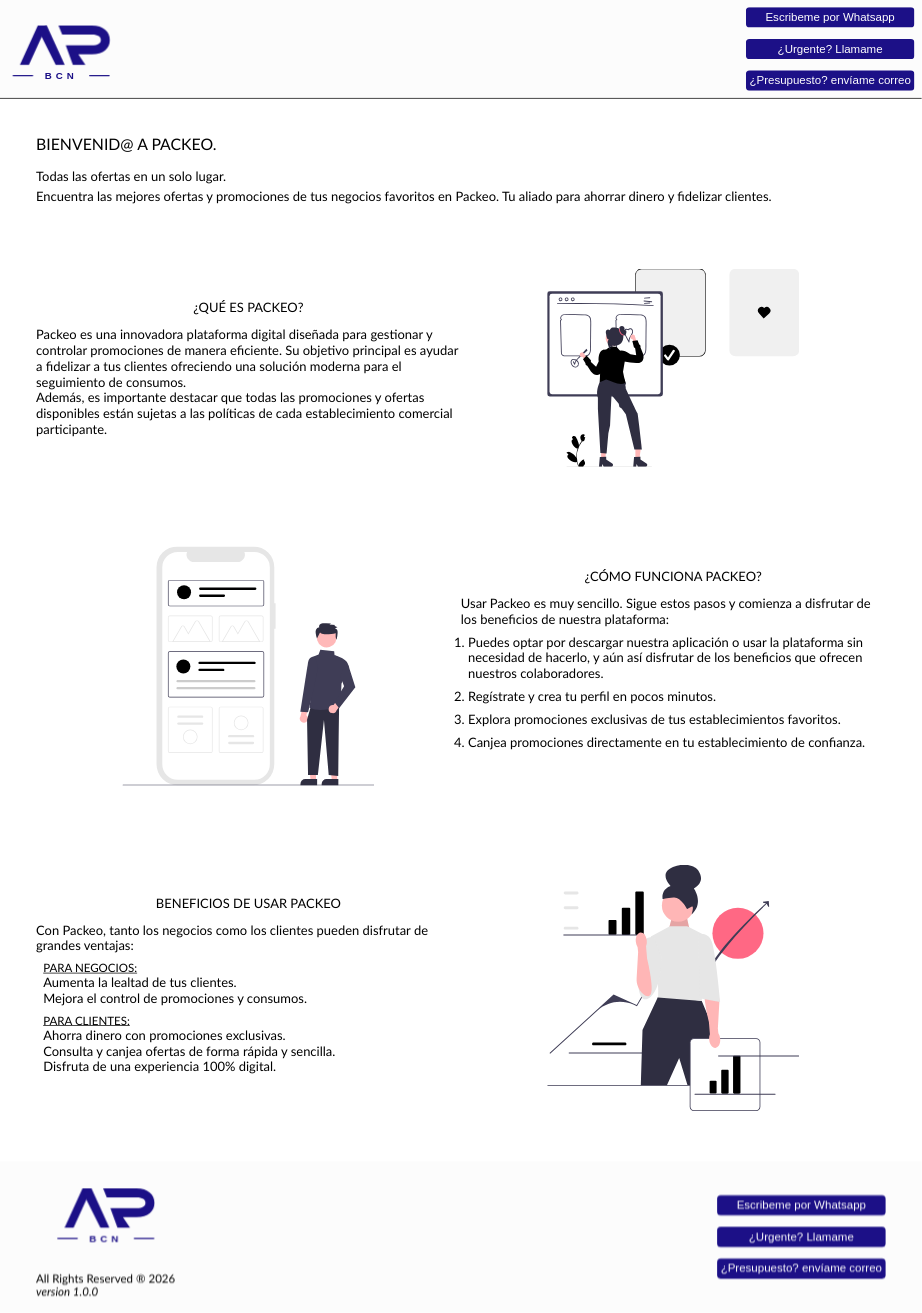
Repository: alupvcbarcelona/alupvcbarcelona-front
Page: /
The author's editor kept a copy of each file at every save. The page is drawn from the files as they stood at one save, then again after the next save.
The browser window is 1280 px wide. The pictures show the whole page, at 72% of full size.
The page's requests for data from a server got no answer. The project was rebuilt for these pictures with package versions that can differ from the ones it lists, and the page was loaded fresh each time. No one was signed in, and anything a server would have sent is missing. Also part of the build but not shown: vite.config.js, src/reducers/partner.reducer/partner.action.js, src/views/Pack/utils/content.js, src/views/Pack/Pack.css, src/views/Pack/Pack.jsx, src/views/404/utils.js, src/views/404/NotFound.css, src/views/404/NotFound.jsx and 6 more.

Above is the page before, as saved 2026-07-24 10:11:41.

### index.html
<!doctype html>
<html lang="en">

<head>
  <meta charset="UTF-8" />
  <link rel="icon" type="image/svg+xml" href="/logo.png" />
  <meta name="viewport" content="width=device-width, initial-scale=1.0 user-scalable=no" />
  <meta name="author" content="AluPVC Barcelona" />
  <title>ALUPVC BCN</title>
</head>

<body>
  <div id="root"></div>
  <script type="module" src="/src/main.jsx"></script>
</body>

</html>

### src/main.jsx
import { StrictMode } from 'react'
import { createRoot } from 'react-dom/client'
import { BrowserRouter } from 'react-router-dom'
import { ReducerProvider } from './context/reducer.context/ReducerContext.jsx'
import { StateProvider } from './context/state.context/StateContext.jsx'
import App from './App.jsx'
import './assets/global/GlobalStyle.css'
import { ScrollProvider } from './context/scroll.context/Scroll.jsx'

createRoot(document.getElementById('root')).render(
  <StrictMode>
    <BrowserRouter>
      <ReducerProvider>
        <StateProvider>
          <ScrollProvider>
            <App />
          </ScrollProvider>
        </StateProvider>
      </ReducerProvider>
    </BrowserRouter>
  </StrictMode>
)

### src/context/reducer.context/ReducerContext.jsx
import { useReducer } from 'react'
import { ReducerContext } from '../createContext'
import {
  stateLoad,
  initStateLoad
} from '../../reducers/loader.reducer/loader.reducer'
import {
  statePartner,
  initStatePartner
} from '../../reducers/partner.reducer/partner.reducer'
import { initStateAuth, stateAuth } from '../../reducers/auth.reducer/auth.reducer'
import { initStatePack, statePacks } from '../../reducers/packs.reducer/pack.reducer'

export const ReducerProvider = ({ children }) => {
  const [load, dispatchLoad] = useReducer(stateLoad, initStateLoad)
  const [partner, dispatchPartner] = useReducer(statePartner, initStatePartner)
  const [auth, dispatchAuth] = useReducer(stateAuth, initStateAuth)
  const [packs, dispatchPack] = useReducer(statePacks, initStatePack)

  return (
    <ReducerContext.Provider value={{ load, dispatchLoad, partner, dispatchPartner, auth, dispatchAuth, packs, dispatchPack }}>
      {children}
    </ReducerContext.Provider>
  )
}

### src/context/scroll.context/Scroll.jsx
import { createContext, useRef } from 'react'
import { ScrollContext } from '../createContext'
import useScrollToRef from '../../hooks/useScrollToRef'

export const ScrollProvider = ({ children }) => {
  const useScroll = useScrollToRef()

  const refTop = useRef(null)
  const refForm = useRef(null)
  const refPack = useRef(null)
  const refPacks = useRef(null)

  return (
    <ScrollContext.Provider
      value={{ useScroll, refTop, refForm, refPack, refPacks }}
    >
      {children}
    </ScrollContext.Provider>
  )
}

### src/context/createContext.jsx
import { createContext } from "react";

export const ReducerContext = createContext()
export const StateContext = createContext()
export const ScrollContext = createContext()

### src/components/ProtectedRoute/ProtectedRoute.jsx
import React, { useContext, useEffect, useState } from 'react'
import { StateContext } from '../../context/createContext'
import { useNavigate } from 'react-router-dom'

const protectedRoute = ({ children, requiresAuth }) => {
  const {
    isAuth: { auth }
  } = useContext(StateContext)

  const navigate = useNavigate()

  useEffect(() => {
    if (requiresAuth && !auth) {
      navigate('/')
    } else if (!requiresAuth && auth) {
      navigate('/perfil')
    }
  }, [auth, navigate, requiresAuth])

  if ((requiresAuth && !auth) || (!requiresAuth && auth)) {
    return null
  }

  return children
}

export default protectedRoute

### src/views/Home/Home.jsx
import React from 'react'
import { home_content, home_description } from './utils/content'
import './Home.css'

const Img = React.lazy(() => import('../../components/Img/Img'))
const Content = React.lazy(() => import('../../components/Content/Content'))

const Home = () => {
  const content = home_content
  const description = home_description

  return (
    <section className='home__content fadeIn'>
      <div>
        <Content element={content} />
      </div>
      <div className='home__section'>
        {description?.body.map((item, index) => (
          <div key={`section-${index}`} className='home__use'>
            <div>
              <h2>{item?.title}</h2>
              {item.article.map((article, articleIndex) => (
                <article key={`article-${articleIndex}`}>
                  <p>{article.paragraph}</p>
                  {article.description_ && (
                    <div className='home__bussiness-type'>
                      {article.description_.map((desc, descIndex) => (
                        <div key={`desc-${descIndex}`}>
                          <h3>{desc.title}</h3>
                          {desc.ul && (
                            <ul>
                              {desc.ul.map((li, liIndex) => (
                                <li key={`desc-li-${liIndex}`}>{li.li}</li>
                              ))}
                            </ul>
                          )}
                        </div>
                      ))}
                    </div>
                  )}
                  {article.ol && (
                    <ol>
                      {article.ol.map((li, olIndex) => (
                        <li key={`ol-li-${olIndex}`}>{li.li}</li>
                      ))}
                    </ol>
                  )}
                </article>
              ))}
            </div>
            <div>
              <Img icon={item.img.img} alt={item.img.alt} w={item.img.width} />
            </div>
          </div>
        ))}
      </div>
    </section>
  )
}

export default Home

### src/layout/Layout.jsx
import React, { useContext, useEffect, useState } from "react";
import { Outlet, useLocation } from "react-router-dom";
import { Helmet, HelmetProvider } from "react-helmet-async";
import { ToastContainer } from "react-toastify";
import useWidth from "../hooks/useWidth";
import "./Layout.css";
import { ScrollContext } from "../context/createContext";

const AluPVCLogo = React.lazy(() => import("../components/Logo/AluPVCLogo"));
const Header = React.lazy(() => import("../components/Header/Header"));
const Footer = React.lazy(() => import("../components/Footer/Footer"));

const Layout = () => {
  const [google, setGoogle] = useState(import.meta.env.VITE_GOOGLE_ADSENSE);
  const { useScroll, refTop } = useContext(ScrollContext);
  const location = useLocation();
  const width = useWidth();
  useEffect(() => {
    useScroll(refTop);
  }, [location]);

  return (
    <>
      <Header />
      <div className="layout__toast">
        <ToastContainer position="bottom-center" hideProgressBar />
      </div>
      <section
        ref={refTop}
        className={`outlet__container ${
          width >= 510 ? "outlet__children" : "outlet__children-mobile"
        }`}
      >
        <Outlet />
      </section>
      <Footer />
    </>
  );
};

export default Layout;

### src/hooks/useScrollToRef.jsx
import { useCallback } from 'react'

const useScrollToRef = () => {
  const scrollToRef = useCallback((ref, h=0) => {
    if (ref.current) {
      ref.current.scrollIntoView({ behavior: 'smooth', block: 'start' })
      setTimeout(() => {
        const scrollY = window.scrollY || document.documentElement.scrollTop
        window.scrollTo({
          top: h,
          behavior: 'smooth',
        })
      }, 0)

    }
  }, [])

  return scrollToRef
}

export default useScrollToRef

### src/views/Home/Home.css
.home__content {
  padding: 50px;
}

.home__content-title {
  margin: 40px 0;
  text-align: center;
}

.home__container-card {
  display: flex;
  gap: 20px;
  flex-wrap: wrap;
  justify-content: center;
}

.home__section {
  display: flex;
  flex-direction: column;
  gap: 70px;
}

.home__use {
  width: 100%;
  display: flex;
  flex-wrap: wrap;
  justify-content: center;
  align-items: center;
}
.home__use > div {
  width: 50%;
}

.home__use > div > article > div {
  margin-bottom: 10px;
}

.home__section h2 {
  font-size: 18px;
  margin-bottom: 15px;
  text-align: center;
}

.home__section img {
  display: block;
  margin: 20px auto;
  max-width: 100%;
  height: auto;
}

.home__section ol {
  padding: 10px;
}

.home__section ol li {
  margin-bottom: 10px;
}

.home__benefits {
  display: flex;
  flex-direction: column;
  gap: 20px;
}

.home__bussiness-type {
  margin: 10px 0 0 10px;
}

.home__bussiness-type > div > h3 {
  margin-top: 10px;
  text-decoration: underline;
  font-size: 16px;
}

.home__benefits ul {
  list-style: disc;
  margin-left: 20px;
}

.home__benefits ul li {
  margin-bottom: 8px;
}

@media (min-width: 663px) {
  .home__use:nth-child(2) {
    flex-direction:row-reverse;
  }
}

@media (max-width: 662px) {
  .home__content {
    padding: 50px 20px 40px 20px;
  }
  .home__use {
    flex-wrap: nowrap;
    flex-direction: column;
    gap: 50px;
  }
  .home__use > div {
    width: 100%;
  }
}

### src/components/Img/Img.jsx
import './Img.css'

const Img = ({
  icon,
  w = 20,
  h = w,
  p = '0px',
  alt,
  title = null,
  action = () => {}
}) => {
  return (
    <img
      className='svg__icon'
      src={icon}
      width={w}
      height={h}
      style={{ padding: p }}
      alt={alt}
      title={title}
      onClick={action}
      loading='lazy'
    />
  )
}

export default Img

### src/hooks/useWidth.jsx
import { useEffect, useState } from 'react'

const useWidth = () => {
  const [width, setWidth] = useState(window.innerWidth);
  useEffect(() => {
    const handleResize = () => {
      setWidth(window.innerWidth);
    };

    window.addEventListener('resize', handleResize);

    return () => {
      window.removeEventListener('resize', handleResize);
    };
  }, []);
  return width;
}

export default useWidth

### src/layout/Layout.css
.outlet__container {
  min-height:50svh;
}

### src/components/Logo/AluPVCLogo.jsx
import Img from "../Img/Img";
const logo = "/public/logo_2.png";
import "./AluPVCLogo.css";

const AluPVCLogo = () => {
  return (
    <div className="alupvc-logo fadeIn" onClick={() => window.location.replace("/")}>
      <div className="logo-container">
        <svg
          viewBox="0 0 600 400"
          className="logo-svg"
          xmlns="http://www.w3.org/2000/svg"
        >
          <defs>
            <linearGradient id="grad" x1="0%" y1="0%" x2="100%" y2="100%">
              <stop offset="0%" stopColor="var(--p-bg-secondary)" />
              <stop offset="100%" stopColor="var(--p-bg-secondary)" />
            </linearGradient>
          </defs>

          {/* A izquierda */}
          <polygon
            className="a-left"
            points="70,290 170,70 220,70 120,290"
            fill="url(#grad)"
          />

          {/* A derecha */}
          <polygon
            className="a-right"
            points="220,70 320,290 270,290 170,90"
            fill="url(#grad)"
          />

          {/* P */}
          <path
            className="letter-p"
            d="
    M285 70
    H470
    C535 70 570 105 570 150
    C570 195 535 230 470 230
    H395
    L435 290
    H365
    L325 180
    H470
    C505 180 520 167 520 150
    C520 133 505 120 470 120
    H305
    Z"
            fill="url(#grad)"
          />

          {/* Línea izquierda */}
          <rect
            className="line-left"
            x="30"
            y="345"
            width="115"
            height="8"
            rx="4"
            fill="url(#grad)"
          />

          {/* Línea derecha */}
          <rect
            className="line-right"
            x="455"
            y="345"
            width="115"
            height="8"
            rx="4"
            fill="url(#grad)"
          />

          {/* BCN */}
          <text
            x="300"
            y="366"
            textAnchor="middle"
            className="logo-text logo-bcn"
          >
            BCN
          </text>
        </svg>
      </div>
    </div>
  );
};

export default AluPVCLogo;

### src/components/Header/Header.jsx
import React, { useContext } from "react";
import { NavLink, useNavigate, useLocation } from "react-router-dom";
import useWidth from "../../hooks/useWidth";
import { ReducerContext, StateContext } from "../../context/createContext";
import { optionsNavigate, optionsNavigateMobile } from "./utils/content";
import { handleGoHome } from "./utils/functions";
import Img from "../Img/Img";
import "./Header.css";
import menu from "/menu.svg";
import login from "/login.svg";
import AluPVCLogo from "../Logo/AluPVCLogo";
import { handleCallPhone, handleEmail, handleWhatsapp } from "../Footer/utils";
const Button = React.lazy(() => import("../Button/Button"));

const Header = () => {
  const width = useWidth();
  const navigate = useNavigate();
  const location = useLocation();
  const {
    isAuth: { auth },
    showMenu,
    handleShowMenu,
    handleCloseSesion,
  } = useContext(StateContext);
  const {
    auth: { user },
  } = useContext(ReducerContext);

  const navbar = optionsNavigate(user, auth);
  const navbarMobile = optionsNavigateMobile(user, auth);

  return (
    <header className="header__container filter">
      <div className="header__content-logo">
        <AluPVCLogo />
      </div>
      <div className="header__content-action">
        <Button
          ariaLabel="Whatsapp"
          p="5px"
          br="5px"
          children="Escribeme por Whatsapp"
          onClick={handleWhatsapp}
        />
        <Button
          ariaLabel="Teléfono"
          p="5px"
          br="5px"
          children="¿Urgente? Llamame"
          onClick={handleCallPhone}
        />
        <Button
          ariaLabel="Email"
          p="5px"
          br="5px"
          children="¿Presupuesto? envíame correo"
          onClick={handleEmail}
        />
      </div>
    </header>
  );
};

export default Header;

### src/components/Footer/Footer.jsx
import React from "react";
import packageJson from "../../../package.json";
import { year, handleEmail, handleWhatsapp, handleCallPhone } from "./utils";
import AluPVCLogo from "../Logo/AluPVCLogo";
import Button from "../Button/Button";

import "./Footer.css";

const Footer = () => {
  return (
    <footer>
      <div className="footer__container filter">
        <div className="footer_content-logo">
          <AluPVCLogo />
          <div className="footer_content-version">
            <span>All Rights Reserved &#174;​ {year()}</span>
            <i>version {packageJson.version}</i>
          </div>
        </div>
        <div className="footer_content-action">
          <Button
            ariaLabel="Whatsapp"
            p="5px"
            br="5px"
            children="Escribeme por Whatsapp"
            onClick={handleWhatsapp}
          />
          <Button
            ariaLabel="Teléfono"
            p="5px"
            br="5px"
            children="¿Urgente? Llamame"
            onClick={handleCallPhone}
          />
          <Button
            ariaLabel="Email"
            p="5px"
            br="5px"
            children="¿Presupuesto? envíame correo"
            onClick={handleEmail}
          />
        </div>
      </div>
    </footer>
  );
};

export default Footer;

### src/components/Button/Button.jsx
import "./Button.css";

const Button = ({
  children,
  icon,
  ariaLabel,
  bgColor = "var(--p-bg-secondary)",
  textColor = "var(--p-text-primary_2)",
  p,
  br,
  w = "auto",
  h = "auto",
  type = "button",
  onClick,
  className = "",
  style = {},
  ...props
}) => {
  return (
    <button
      type={type}
      onClick={onClick}
      aria-label={ariaLabel}
      className={`button ${className}`}
      style={{
        backgroundColor: bgColor,
        color: textColor,
        padding: p,
        borderRadius: br,
        width: w,
        height: h,
        ...style,
      }}
      {...props}
    >
      {icon && <span className="button__icon">{icon}</span>}

      {children && <span className="button__text">{children}</span>}
    </button>
  );
};

export default Button;

### src/components/Img/Img.css
.svg__icon {
  transition: all 0.1s ease-in;
  cursor:pointer;
}

.svg__icon:hover{
  transform: scale(1.1);
}

### src/components/Content/Content.css
.content__container {
  width: 100%;
  display: flex;
  flex-direction: column;
  gap: 20px;
  margin-bottom: 30px;
  transition: all 0.3s ease-in-out;
}

.content__content-information {
  display: flex;
  justify-content: start;
  align-items: center;
  gap: 10px;
}

.content__content-contact {
  display: flex;
  flex-direction: column;
  gap: 5px;
}

.content__links {
  display: flex;
  flex-wrap: wrap;
  align-items: center;
}

.content__content-location {
  display: flex;
  gap: 5px;
  align-items: center;
}

.content__content-location > span {
  background-color: var(--p-bg-black);
  color: var(--p-text-tertiary);
  padding: 0 5px;
  border-radius: 5px;
}

### src/components/Logo/AluPVCLogo.css
.alupvc-logo {
  transition: all 0.1s ease-in-out;
  cursor: pointer;
}

.alupvc-logo:hover {
  transform: scale(1.03);
}

.logo-container {
  display: flex;
  justify-content: center;
  align-items: center;
  width: 100%;
}

.logo-svg {
  width: 150px;
  max-width: 100%;
    overflow: visible;
}

.logo-text {
  fill: var(--p-bg-secondary);
  font-size: 54px;
  font-family: Arial, Helvetica, sans-serif;
  font-weight: 700;
  letter-spacing: 22px;
}

/* Animaciones */

.a-left {
  animation: slideLeft .9s cubic-bezier(.22,1,.36,1) forwards;
}

.a-right {
  animation: slideTop .9s .15s cubic-bezier(.22,1,.36,1) forwards;
}

.letter-p {
  animation: slideRight .95s .3s cubic-bezier(.22,1,.36,1) forwards;
}

.line-left {
  transform-origin: right center;
  animation: growLeft .6s .9s ease forwards;
}

.line-right {
  transform-origin: left center;
  animation: growRight .6s .9s ease forwards;
}

.logo-bcn {
  opacity: 0;
  animation: fadeUp .6s 1.2s ease forwards;
}

/* Estado inicial */

.a-left,
.a-right,
.letter-p {
  opacity: 0;
}

.a-left {
  transform: translateX(-80px) rotate(-10deg);
}

.a-right {
  transform: translateY(-70px) rotate(8deg);
}

.letter-p {
  transform: translateX(90px);
}

.line-left,
.line-right {
  transform: scaleX(0);
}

@keyframes slideLeft {
  0% {
    opacity: 0;
    transform: translateX(-80px) rotate(-10deg);
  }
  70% {
    opacity: 1;
    transform: translateX(10px) rotate(2deg);
  }
  100% {
    opacity: 1;
    transform: translateX(0) rotate(0);
  }
}

@keyframes slideTop {
  0% {
    opacity: 0;
    transform: translateY(-70px) rotate(8deg);
  }
  70% {
    opacity: 1;
    transform: translateY(8px) rotate(-2deg);
  }
  100% {
    opacity: 1;
    transform: translateY(0) rotate(0);
  }
}

@keyframes slideRight {
  0% {
    opacity: 0;
    transform: translateX(90px);
  }
  70% {
    opacity: 1;
    transform: translateX(-8px);
  }
  100% {
    opacity: 1;
    transform: translateX(0);
  }
}

@keyframes growLeft {
  to {
    transform: scaleX(1);
  }
}

@keyframes growRight {
  to {
    transform: scaleX(1);
  }
}

@keyframes fadeUp {
  from {
    opacity: 0;
    transform: translateY(12px);
  }
  to {
    opacity: 1;
    transform: translateY(0);
  }
}

### src/components/Footer/Footer.css
.footer__container {

  width: 100%;
  padding: 20px 50px;
  display: flex;
  justify-content: space-between;
  gap: 50px;
  bottom: 0;
}

.footer_content-logo {
  display: flex;
  flex-wrap: wrap;
  justify-content: space-between;
  flex-direction: column;
  gap: 2rem;
}

.footer_content-version {
  display: flex;
  flex-direction: column;
  justify-content: end;
}

.footer_content-action {
  display: flex;
  justify-content: center;
  flex-direction: column;
  gap: 1rem;
}

@media (max-width: 662px) {
  .footer__container {
    /* flex-direction: column-reverse; */
    padding: 20px;
  }
}

Loaded but not shown: package.json (35 lines, source omitted); src/views/Home/utils/content.js (107 lines, source omitted); src/components/Header/utils/content.js (167 lines, source omitted); src/components/Footer/utils.js (82 lines, source omitted); src/reducers/packs.reducer/pack.reducer.js (24 lines, source omitted); src/services/fetch.js (23 lines, source omitted); src/reducers/partner.reducer/partner.reducer.js (18 lines, source omitted); src/reducers/loader.reducer/loader.reducer.js (15 lines, source omitted); src/reducers/auth.reducer/auth.reducer.js (12 lines, source omitted); src/components/Header/utils/functions.js (3 lines, source omitted); src/context/state.context/StateContext.jsx (158 lines, source omitted); src/components/Content/Content.jsx (112 lines, source omitted); src/App.jsx (54 lines, source omitted); src/assets/global/GlobalStyle.css (198 lines, source omitted); src/components/Header/Header.css (152 lines, source omitted); src/components/Button/Button.css (no stored copy; drawn as an empty file)

After the next save:
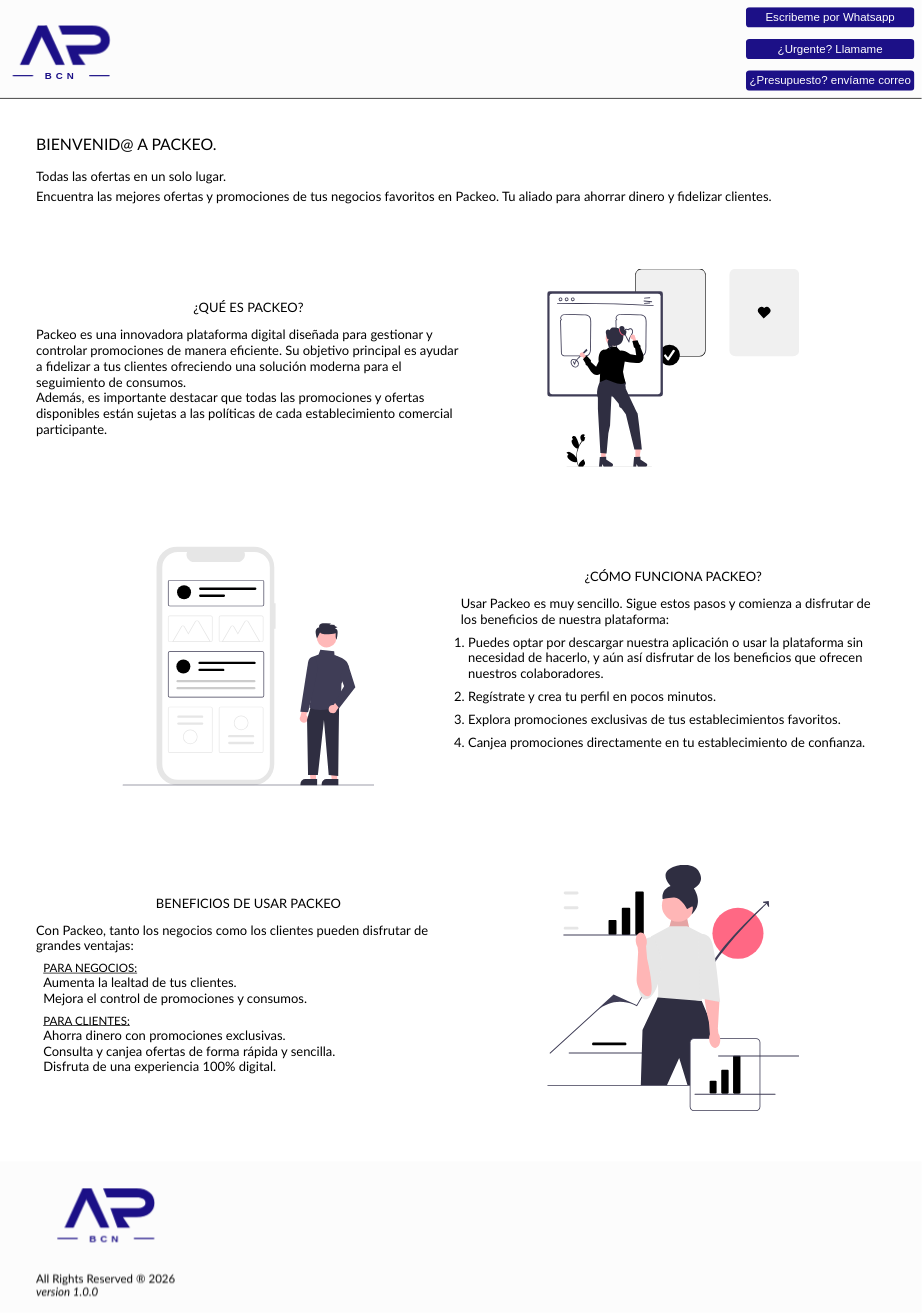
Saved 5 s later.
--- a/src/components/Footer/Footer.jsx
+++ b/src/components/Footer/Footer.jsx
@@ -18,7 +18,7 @@
           </div>
         </div>
         <div className="footer_content-action">
-          <Button
+          {/* <Button
             ariaLabel="Whatsapp"
             p="5px"
             br="5px"
@@ -38,7 +38,7 @@
             br="5px"
             children="¿Presupuesto? envíame correo"
             onClick={handleEmail}
-          />
+          /> */}
         </div>
       </div>
     </footer>
